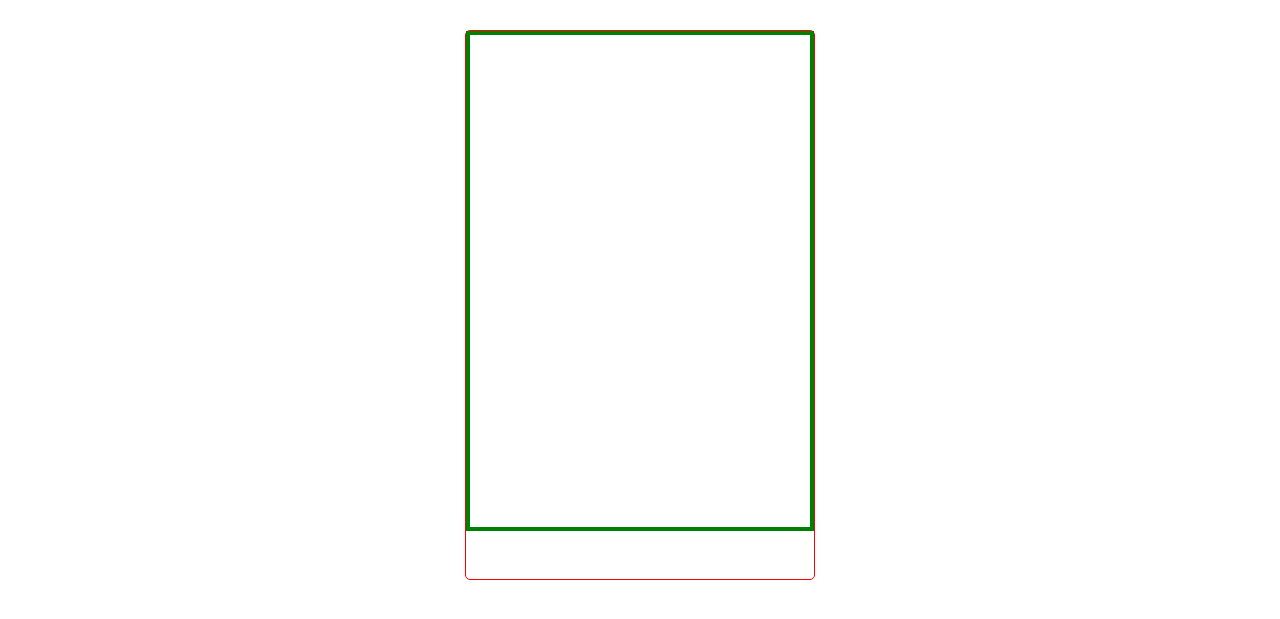
Repository: OfirLana/Calculator
Page: index.html
An editor plug-in stored every save of this project. The page is shown before and after a run of saves, followed by the edit.
The browser window is 1280 px wide. The pictures show the whole page.

Above is the page before, as saved 2019-03-12 17:24:27.

After the next 4 saves:
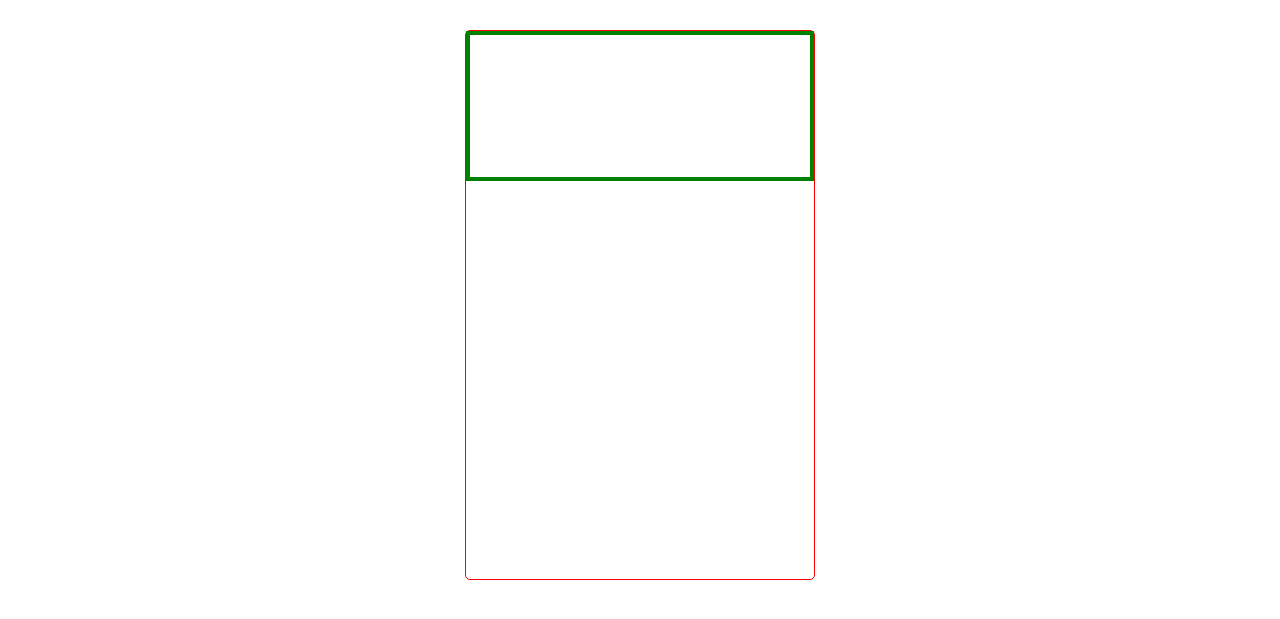
The 4 saves are shown as one change because they came seconds apart.
The last was saved 12 s later.
--- a/style.css
+++ b/style.css
@@ -29,7 +29,7 @@ body {
     .out_put_box{
         display:flex;
         flex-direction: column;
-        height:50rem;
+        height:15rem;
         border:4px solid green;
         width:100%;
 
